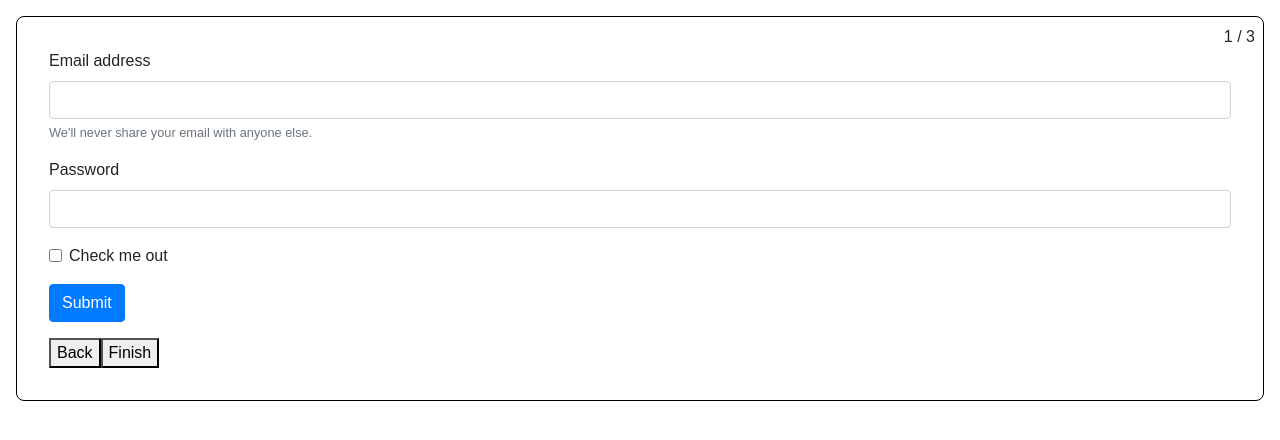
Repository: Aminox84/frontend-main
Page: /
The author's editor kept a copy of each file at every save. The page is drawn from the files as they stood at one save, then again after the next save.
The browser window is 1280 px wide. The pictures show the whole page.
The project was rebuilt for these pictures with package versions that can differ from the ones it lists, and the page was loaded fresh each time. Also part of the build but not shown: src/AddressForm.tsx, src/AccountForm.tsx.

Above is the page before, as saved 2022-12-29 19:09:45.

### public/index.html
<!DOCTYPE html>
<html lang="en">
  <head>
    <meta charset="utf-8" />
    <link rel="icon" href="%PUBLIC_URL%/favicon.ico" />
    <meta name="viewport" content="width=device-width, initial-scale=1" />
    <meta name="theme-color" content="#000000" />
    <meta
      name="description"
      content="Web site created using create-react-app"
    />
    <link rel="apple-touch-icon" href="%PUBLIC_URL%/logo192.png" />

    <link rel="manifest" href="%PUBLIC_URL%/manifest.json" />
    <link rel="stylesheet" href="https://cdn.jsdelivr.net/npm/bootstrap@4.4.1/dist/css/bootstrap.min.css" integrity="sha384-Vkoo8x4CGsO3+Hhxv8T/Q5PaXtkKtu6ug5TOeNV6gBiFeWPGFN9MuhOf23Q9Ifjh" crossorigin="anonymous">

    <title>React App</title>
  </head>
  <body>
    <noscript>You need to enable JavaScript to run this app.</noscript>
    <div id="root"></div>
    <script src="https://code.jquery.com/jquery-3.4.1.slim.min.js" integrity="sha384-J6qa4849blE2+poT4WnyKhv5vZF5SrPo0iEjwBvKU7imGFAV0wwj1yYfoRSJoZ+n" crossorigin="anonymous"></script>
    <script src="https://cdn.jsdelivr.net/npm/popper.js@1.16.0/dist/umd/popper.min.js" integrity="sha384-Q6E9RHvbIyZFJoft+2mJbHaEWldlvI9IOYy5n3zV9zzTtmI3UksdQRVvoxMfooAo" crossorigin="anonymous"></script>
    <script src="https://cdn.jsdelivr.net/npm/bootstrap@4.4.1/dist/js/bootstrap.min.js" integrity="sha384-wfSDF2E50Y2D1uUdj0O3uMBJnjuUD4Ih7YwaYd1iqfktj0Uod8GCExl3Og8ifwB6" crossorigin="anonymous"></script>
  </body>
</html>

### src/App.tsx
import React from 'react';
import { useMultistepForm } from './useMultistepForm';
import { AddressForm } from './AddressForm';
import { AccountForm } from './AccountForm';
import { UserForm } from './userForm';


function App() {


const {steps,currentStepIndex,step,isFirstStep,isLastStep,back,next} = useMultistepForm([<UserForm />,<AddressForm />,<AccountForm />])

  return (
    <div style={{position:"relative",background:"white",border:"1px solid  black",padding:"2rem",margin:"1rem",borderRadius:".5rem",fontFamily:"Arial"}}>
      <form>
       <div style={{position:"absolute",top:".5rem",right:".5rem"}}> {currentStepIndex + 1} / {steps.length}</div>
       {step}
       <div style={{marginTop:"1rem",display:"fex",gap:".5rem",justifyContent:"flex-end"}}></div>
       {!isFirstStep && <button type="button" onClick={back}>Back</button>}
       <button type="button" onClick={next}>{isLastStep ? "Finish" : "Next"}</button>
      </form>
    </div>
  );
}

export default App;

### src/useMultistepForm.ts
import {ReactElement,useState} from 'react'



export function useMultistepForm(steps: ReactElement[]){

const [currentStepIndex, setCurrentStepIndex]=useState(0)

function next(){
setCurrentStepIndex(i=>{
    if ( i > steps.length-1) return i
    return i +1
})
}
function back(){
    setCurrentStepIndex(i=>{
        if ( i <= 0) return i
        return i -1
    })
}
function goTo(index:number){
    setCurrentStepIndex(index);
}





return {
    currentStepIndex,
    step: steps[currentStepIndex],
    goTo,
    next,
    back,
    steps,
    isFirstStep: currentStepIndex!==0,
    isLastStep: steps.length-1,
}

}

### src/userForm.tsx
export function UserForm(){
    return (
        <>
        <form>
  <div className="form-group">
    <label htmlFor="exampleInputEmail1">Email address</label>
    <input type="email" className="form-control" id="exampleInputEmail1" aria-describedby="emailHelp" />
    <small id="emailHelp" className="form-text text-muted">We'll never share your email with anyone else.</small>
  </div>
  <div className="form-group">
    <label htmlFor="exampleInputPassword1">Password</label>
    <input type="password" className="form-control" id="exampleInputPassword1" />
  </div>
  <div className="form-group form-check">
    <input type="checkbox" className="form-check-input" id="exampleCheck1" />
    <label className="form-check-label" htmlFor="exampleCheck1">Check me out</label>
  </div>
  <button type="submit" className="btn btn-primary">Submit</button>
</form>
        </>
    )
}

Loaded but not shown: src/index.tsx (common file)

After the next save:
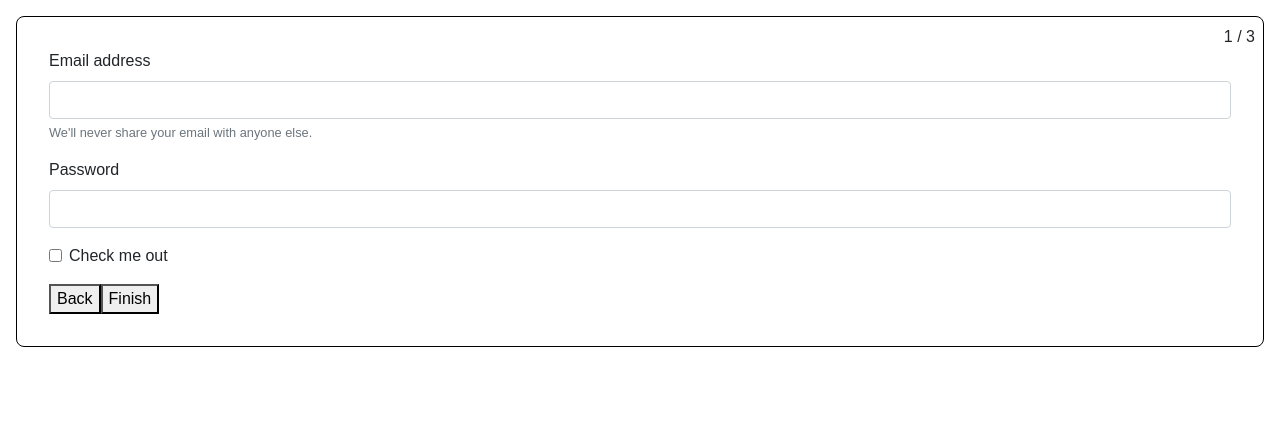
Saved 38 s later.
--- a/src/userForm.tsx
+++ b/src/userForm.tsx
@@ -15,7 +15,6 @@ export function UserForm(){
     <input type="checkbox" className="form-check-input" id="exampleCheck1" />
     <label className="form-check-label" htmlFor="exampleCheck1">Check me out</label>
   </div>
-  <button type="submit" className="btn btn-primary">Submit</button>
 </form>
         </>
     )
